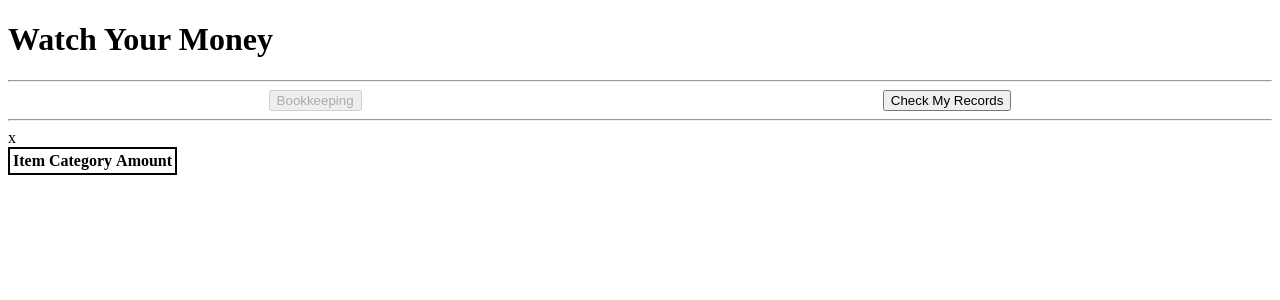
Repository: chelsea9869/Hackathon-TNT
Page: http://localhost/app/watch_your_money.php
An editor plug-in stored every save of this project. The page is shown before and after a run of saves, followed by the edit.
The browser window is 1280 px wide. The pictures show the whole page.
The page is run by PHP 8.4 with error messages shown; the project is at /var/www/html/.

Above is the page before, as saved 2020-09-05 11:17:28.

### app/watch_your_money.php
<!DOCTYPE html>
<html lang="en">
<head>
    <meta charset="UTF-8">
    <meta name="viewport" content="width=device-width, initial-scale=1.0">
    <title>Watch Your Money</title>
</head>
<body>
    <h1>Watch Your Money</h1>
    <hr>
    <div id='function' style='display: flex;justify-content: space-around;'>
        <div id='bookkeeping-button'>
            <button disabled="disabled">Bookkeeping</button>
        </div>
        <div id='check-records-button'>
            <button>Check My Records</button>
        </div>
    </div>
    <hr>
    <div id='main-content'>
        <div id='bookkeeping'>x
        <form name='bookkeeping-form' action="post">
            <table id='bookkeeping-table' style="border:2px solid">
                    <tr>
                        <th>Item</th>
                        <th>Category</th>
                        <th>Amount</th>
                    </tr>


                </table>
            </form>
        </div>
    </div>
</body>
</html>

After the next 5 saves:
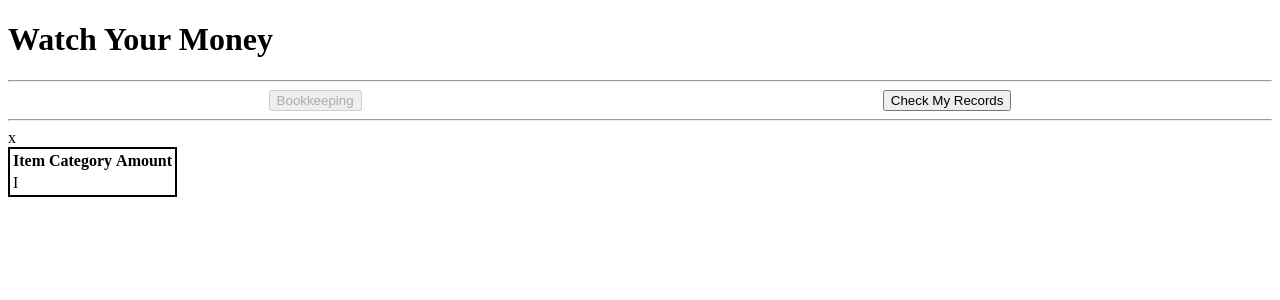
The 5 saves are shown as one change because they came seconds apart.
The last was saved 11 s later.
--- a/app/watch_your_money.php
+++ b/app/watch_your_money.php
@@ -20,14 +20,15 @@
     <div id='main-content'>
         <div id='bookkeeping'>x
         <form name='bookkeeping-form' action="post">
-            <table id='bookkeeping-table' style="border:2px solid">
+            <table id='bookkeeping-form-table' style="border:2px solid">
                     <tr>
                         <th>Item</th>
                         <th>Category</th>
                         <th>Amount</th>
                     </tr>
-
-
+                    <tr>
+                        <td>I</td>
+                    </tr>
                 </table>
             </form>
         </div>
